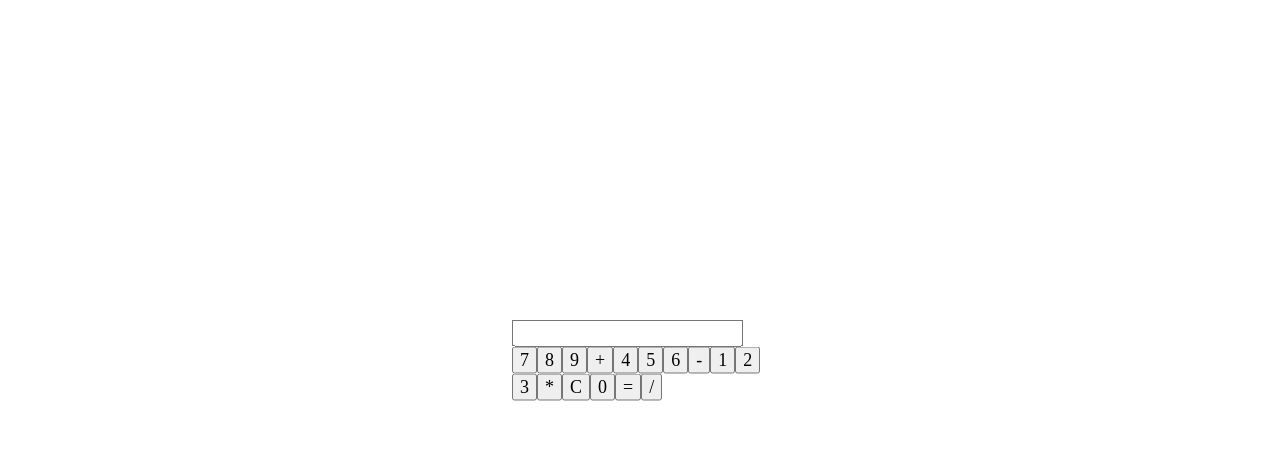
Repository: rajratangm/xcalculator
Page: /
The author's editor kept a copy of each file at every save. The page is drawn from the files as they stood at one save, then again after a run of saves.
The browser window is 1280 px wide. The pictures show the whole page.
The project was rebuilt for these pictures with package versions that can differ from the ones it lists, and the page was loaded fresh each time. Also part of the build but not shown: vite.config.js.

Above is the page before, as saved 2024-04-03 11:05:15.

After the next 5 saves:
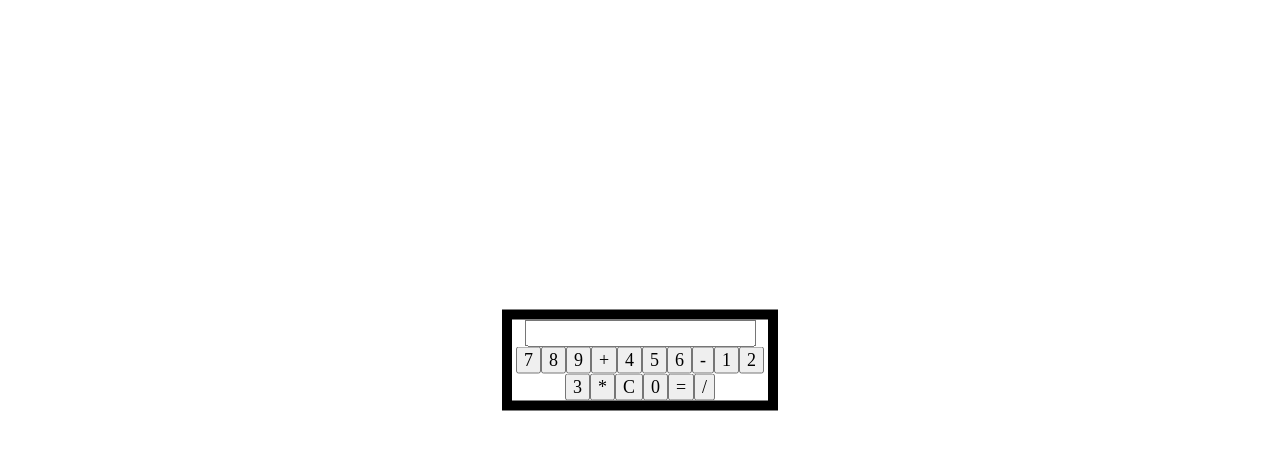
The 5 saves are shown as one change because they came seconds apart.
The last was saved 17 s later.
--- a/src/App.css
+++ b/src/App.css
@@ -18,6 +18,8 @@ body{
   transform: translate(-50%,-50%);
   margin:0 auto;
   width: 256px;
-  text-align: ;
+  text-align: center;
+  border: 10px solid black;
+
 
 }
